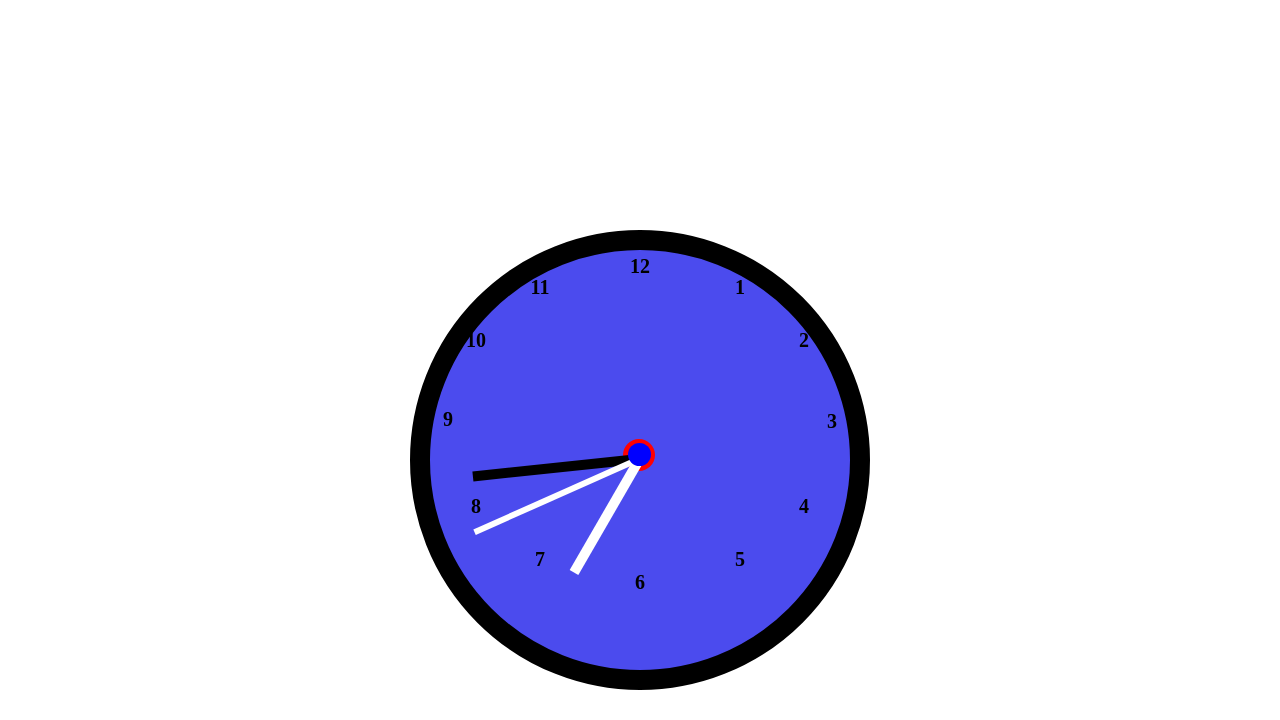
Repository: Eugene44-hub/Analog-clock
Page: index.html
The author's editor kept a copy of each file at every save. The page is drawn from the files as they stood at one save, then again after the next save.
The browser window is 1280 px wide. The pictures show the whole page.

Above is the page before, as saved 2021-09-04 20:10:08.

### index.html
<!DOCTYPE html>
<html lang="en">

<head>
    <meta charset="UTF-8">
    <meta http-equiv="X-UA-Compatible" content="IE=edge">
    <meta name="viewport" content="width=device-width, initial-scale=1.0">
    <title>Document</title>
    <link rel="stylesheet" href="style.css">
</head>

<body>
    <div class="clock">
        <div class="numbers">

            <div class="circle"></div>
            <div class="minute"></div>
            <div class="hour"></div>
            <div class="second"></div>
            <div class="circle small"></div>
            <div class="num1">1</div>
            <div class="num2">2</div>
            <div class="num3">3</div>
            <div class="num4">4</div>
            <div class="num5">5</div>
            <div class="num6">6</div>
            <div class="num7">7</div>
            <div class="num8">8</div>
            <div class="num9">9</div>
            <div class="num10">10</div>
            <div class="num11">11</div>
            <div class="num12">12</div>
        </div>
    </div>
</body>

<script src="app.js"></script>

</html>

### style.css
* {
    padding: 0;
    margin: 0;
}

.clock {
    background-color: rgb(75, 75, 238);
    height: 400px;
    width: 400px;
    border: 20px solid black;
    text-align: center;
    font-weight: bold;
    font-family: cursive;
    font-size: 20px;
    transform: translate(0, 50%);
    position: relative;
    border-radius: 50%;
    margin: auto;
    padding: 10px;
}

.circle {
    background-color: red;
    position: absolute;
    top: 45%;
    left: 46%;
    width: 32px;
    height: 32px;
    border-radius: 50%;
}

.minute {
    background-color: black;
    position: absolute;
    top: 10%;
    left: 48.5%;
    width: 10px;
    height: 167px;
    border: 50%;
    transform: rotate(0deg);
    transform-origin: bottom;
}

.hour {
    background-color: black;
    position: absolute;
    top: 19%;
    left: 48.5%;
    width: 10px;
    height: 130px;
    border: 50%;
    transform: rotate(0deg);
    background-color: white;
    transform-origin: bottom;
    /* animation: clock 60s linear infinite; */
}

.second {
    position: absolute;
    top: 7%;
    left: 49%;
    width: 6px;
    height: 180px;
    border: 50%;
    transform: rotate(0deg);
    background-color: white;
    transform-origin: bottom;
    animation: clock 60s linear infinite;
}

.small {
    width: 23px;
    height: 23px;
    background-color: blue;
    left: 198px;
    top: 46%;
}


/*
@keyframes clock {
    from {
        transform: rotate(0deg);
        background-color: white;
    }
    to {
        transform: rotate(360deg);
        background-color: blueviolet;
    }
} */

.num6 {
    transform: translate(0, 850%);
}

.num9 {
    transform: translate(-48%, -155%);
}

.num12 {
    transform: translate(0, -1120%);
}

.num3 {
    transform: translate(48%, 450%);
}

.num1 {
    transform: translate(25%, 70%);
}

.num2 {
    transform: translate(41%, 200%);
}

.num4 {
    transform: translate(41%, 720%);
}

.num5 {
    transform: translate(25%, 850%);
}

.num5 {
    transform: translate(25%, 850%);
}

.num7 {
    transform: translate(-25%, 650%);
}

.num8 {
    transform: translate(-41%, 320%);
}

.num11 {
    transform: translate(-25%, -930%)
}

.num10 {
    transform: translate(-41%, -600%);
}


/* .num1,
.num2,
.num3,
.num4,
.num5,
.num6,
.num7,
.num8,
.num9,
.num10,
.num11,
.num12 {
    padding: 15px;
} */


/* .num1 {
    transform: translate(28%, 100%);
}

.num2 {
    transform: translate(44%, 260%);
}

.num3 {
    transform: translate(48%, 489%);
}

.num4 {
    transform: translate(44%, 750%);
}

.num5 {
    transform: translate(28%, 890%);
}

.num6 {
    transform: translate(0, 890%);
}

.num7 {
    transform: translate(24%, 694%);
}

.num8 {
    transform: translate(-44%, 350%)
}

.num9 {
    transform: translate(-48%, -100%);
}

.num10 {
    transform: translate(-44%, -540%);
}

.num11 {
    transform: translate(-28%, -900%);
}

.num12 {
    transform: translate(0, -1130%);
} */

### app.js
let second, hour, minute, date;

second = document.querySelector('.second');
hour = document.querySelector('.hour');
minute = document.querySelector('.minute');
date = new Date();
seconds = date.getSeconds();
hours = date.getHours() - 12;
minutes = date.getMinutes();

console.log(hours)
second.style.transform = ` rotate(${seconds*6}deg)`;
minute.style.transform = `rotate(${minutes*6}deg)`;
hour.style.transform = `rotate(${30*hours}deg)`;

window.location.reload()

After the next save:
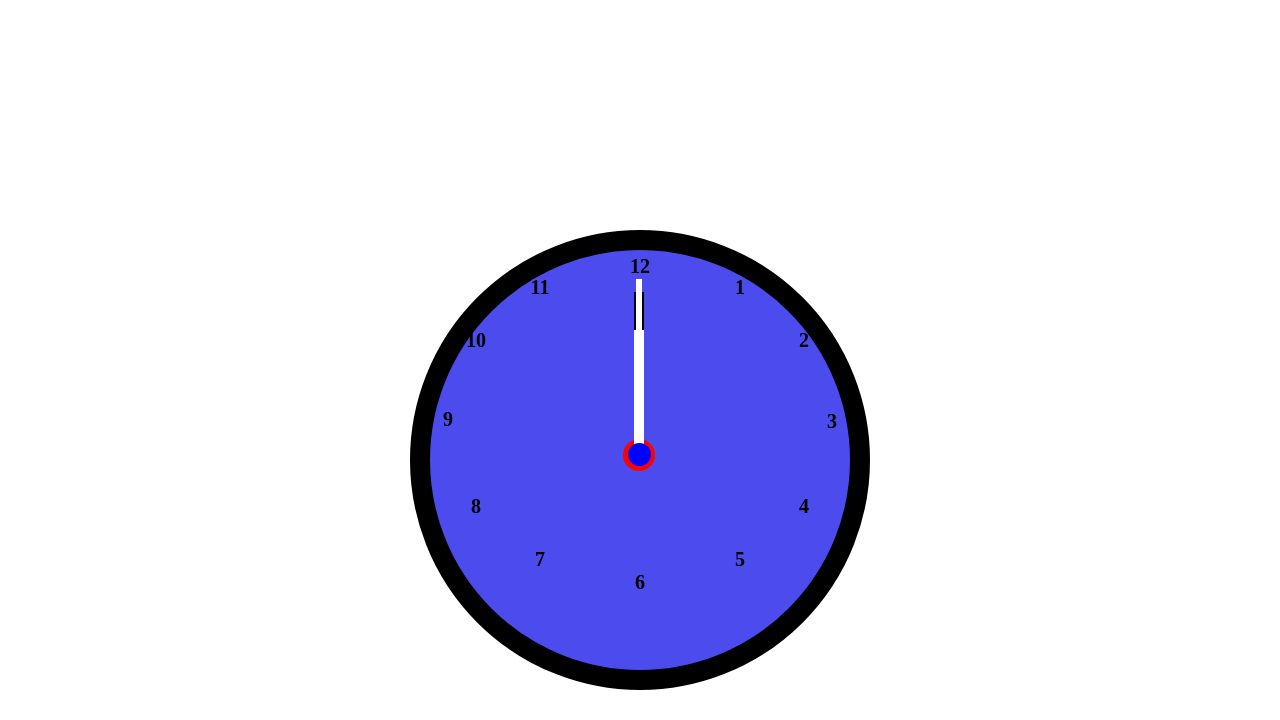
Console error: SyntaxError: Unexpected end of input
Saved 9 min 28 s later.
--- a/app.js
+++ b/app.js
@@ -13,4 +13,4 @@
 minute.style.transform = `rotate(${minutes*6}deg)`;
 hour.style.transform = `rotate(${30*hours}deg)`;
 
-window.location.reload()
+window.location.reload(

After the save that followed:
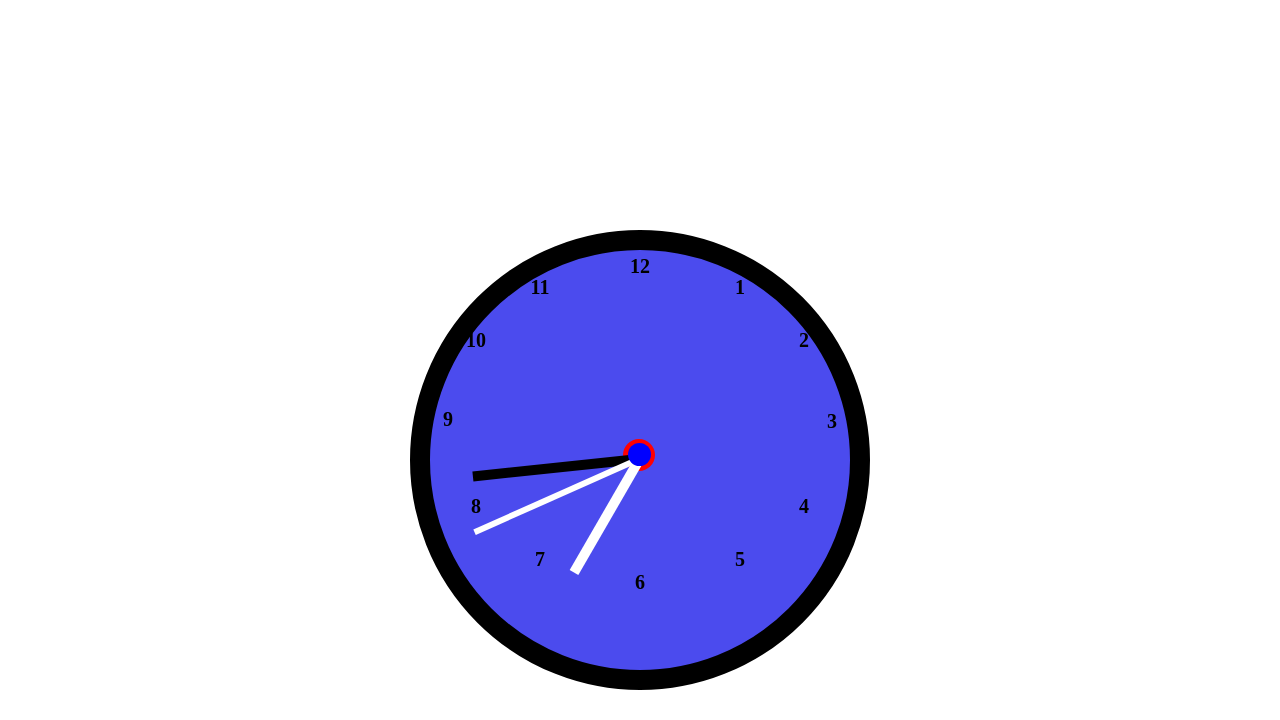
The error is gone.
Saved 4 s later.
--- a/app.js
+++ b/app.js
@@ -12,5 +12,3 @@
 second.style.transform = ` rotate(${seconds*6}deg)`;
 minute.style.transform = `rotate(${minutes*6}deg)`;
 hour.style.transform = `rotate(${30*hours}deg)`;
-
-window.location.reload(
